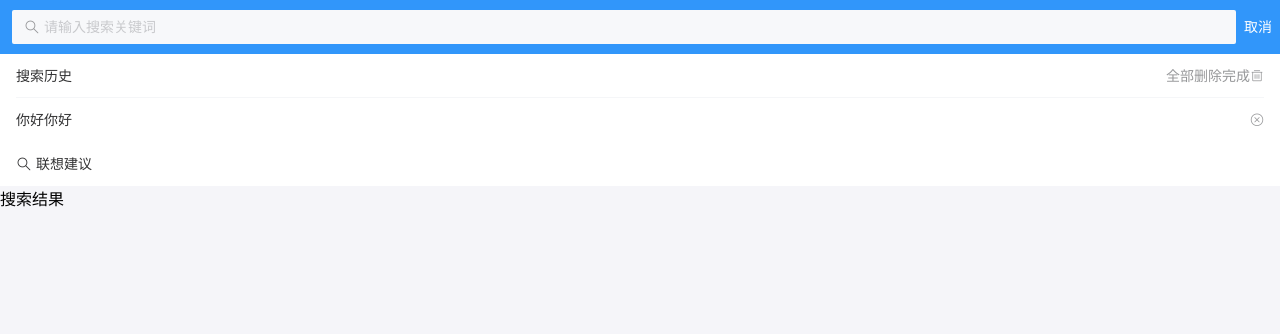
Repository: xn-lb/toutiao-mb
Page: /#/search
The author's editor kept a copy of each file at every save. The page is drawn from the files as they stood at one save, then again after the next save.
The browser window is 1280 px wide. The pictures show the whole page.
The project was rebuilt for these pictures with package versions that can differ from the ones it lists, and the page was loaded fresh each time. Also part of the build but not shown: vue.config.js.

Above is the page before, as saved 2023-04-17 22:33:14.

After the next save:
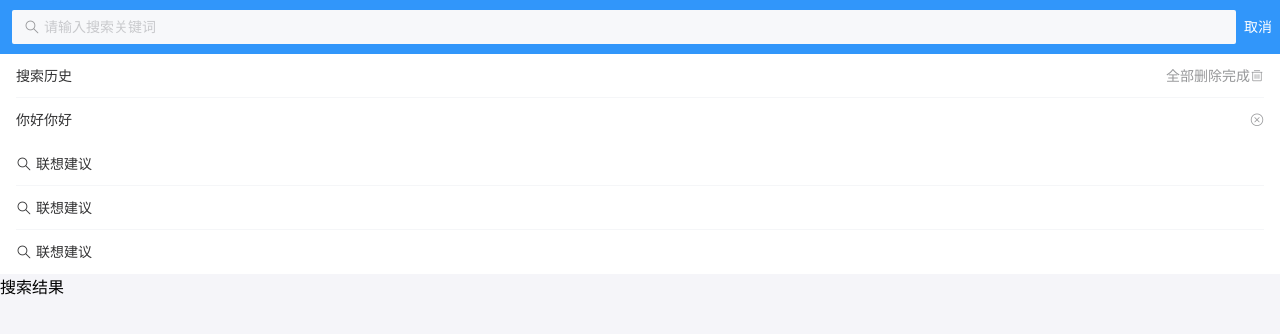
Saved 20 s later.
--- a/src/views/search/components/search-suggestion.vue
+++ b/src/views/search/components/search-suggestion.vue
@@ -1,5 +1,7 @@
 <template>
   <div class="search-suggestion">
+    <van-cell title="联想建议" icon="search"></van-cell>
+    <van-cell title="联想建议" icon="search"></van-cell>
     <van-cell title="联想建议" icon="search"></van-cell>
   </div>
 </template>
